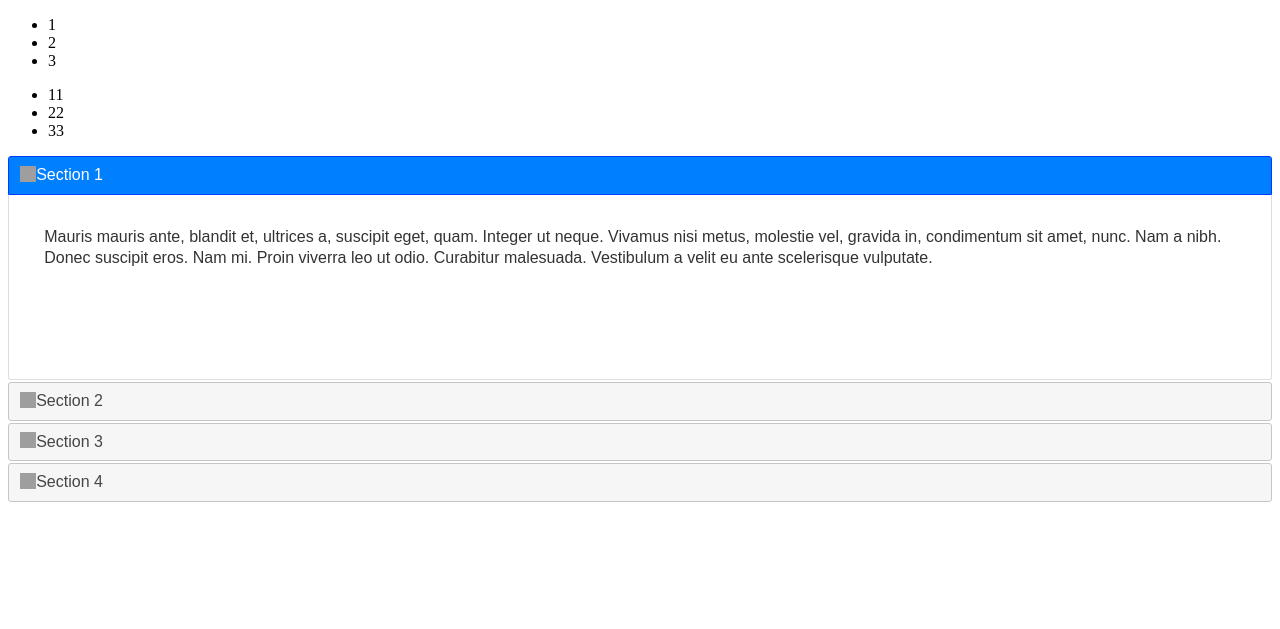
Repository: jwsimhj97/jwork_n
Page: JSPProject/WebContent/03-08/accoExam.html
These files come from the project's save history. The page is drawn as it stood at one moment and after the next save; the edit follows.
The browser window is 1280 px wide. The pictures show the whole page.
Pictures or frames that could not be fetched are drawn as grey boxes.

Above is the page before, as saved 2022-03-08 08:55:20.

### JSPProject/WebContent/03-08/accoExam.html
<!doctype html>
<html lang="en">
<head>
  <meta charset="utf-8">
  <meta name="viewport" content="width=device-width, initial-scale=1">
  <title>jQuery UI Accordion - Collapse content</title>
  <link rel="stylesheet" href="https://code.jquery.com/ui/1.13.1/themes/base/jquery-ui.css">
  <script src="https://code.jquery.com/jquery-3.6.0.js"></script>
  <script src="https://code.jquery.com/ui/1.13.1/jquery-ui.js"></script>
  <script>
  $( function() {
    $( "#accordion" ).accordion({
      collapsible: true
    });
  } );
  </script>
</head>
<body>


<div>
	<ul>
		<li>1</li>
		<li>2</li>
		<li>3</li>
	</ul>
	<ul>
		<li>11</li>
		<li>22</li>
		<li>33</li>
	</ul>
</div>

<div id="accordion">
  <h3>Section 1</h3>
  <div>
    <p>Mauris mauris ante, blandit et, ultrices a, suscipit eget, quam. Integer ut neque. Vivamus nisi metus, molestie vel, gravida in, condimentum sit amet, nunc. Nam a nibh. Donec suscipit eros. Nam mi. Proin viverra leo ut odio. Curabitur malesuada. Vestibulum a velit eu ante scelerisque vulputate.</p>
  </div>
  <h3>Section 2</h3>
  <div>
    <p>Sed non urna. Donec et ante. Phasellus eu ligula. Vestibulum sit amet purus. Vivamus hendrerit, dolor at aliquet laoreet, mauris turpis porttitor velit, faucibus interdum tellus libero ac justo. Vivamus non quam. In suscipit faucibus urna. </p>
  </div>
  <h3>Section 3</h3>
  <div>
    <p>Nam enim risus, molestie et, porta ac, aliquam ac, risus. Quisque lobortis. Phasellus pellentesque purus in massa. Aenean in pede. Phasellus ac libero ac tellus pellentesque semper. Sed ac felis. Sed commodo, magna quis lacinia ornare, quam ante aliquam nisi, eu iaculis leo purus venenatis dui. </p>
    <ul>
      <li>List item one</li>
      <li>List item two</li>
      <li>List item three</li>
    </ul>
  </div>
  <h3>Section 4</h3>
  <div>
    <p>Cras dictum. Pellentesque habitant morbi tristique senectus et netus et malesuada fames ac turpis egestas. Vestibulum ante ipsum primis in faucibus orci luctus et ultrices posuere cubilia Curae; Aenean lacinia mauris vel est. </p><p>Suspendisse eu nisl. Nullam ut libero. Integer dignissim consequat lectus. Class aptent taciti sociosqu ad litora torquent per conubia nostra, per inceptos himenaeos. </p>
  </div>
</div>


</body>
</html>

After the next save:
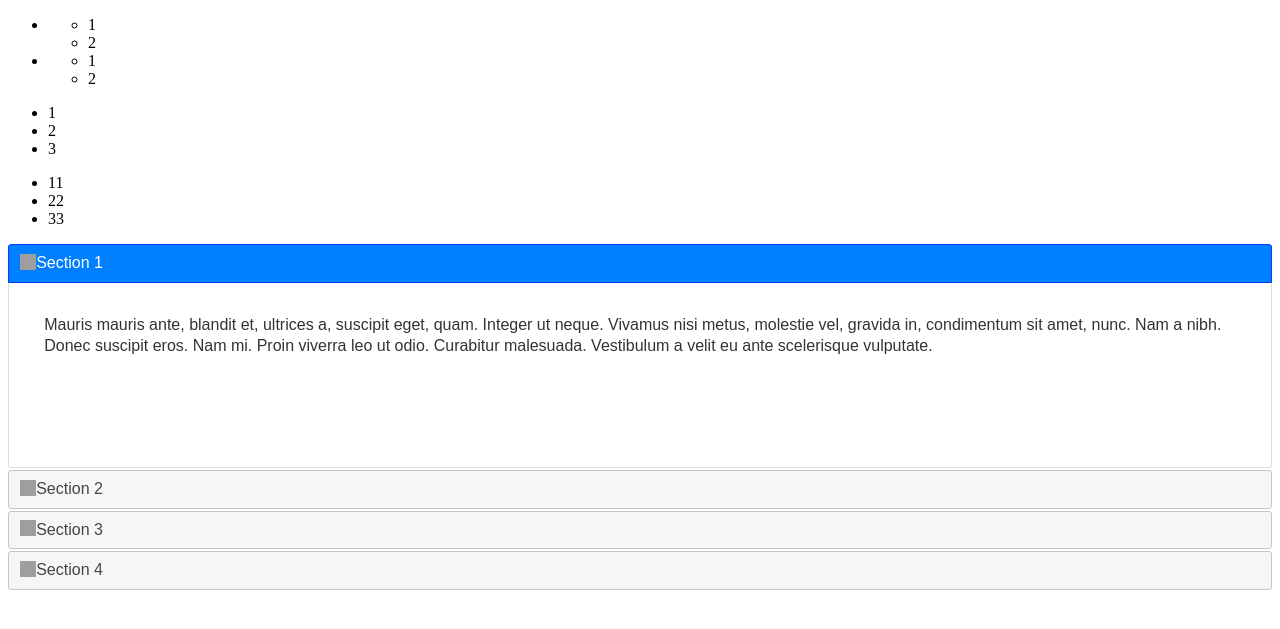
Saved 2 min 13 s later.
--- a/JSPProject/WebContent/03-08/accoExam.html
+++ b/JSPProject/WebContent/03-08/accoExam.html
@@ -16,6 +16,23 @@
   </script>
 </head>
 <body>
+
+<div>
+	<ul>
+		<li>
+			<ul>
+				<li>1</li>
+				<li>2</li>
+			</ul>
+		</li>
+		<li>
+			<ul>
+				<li>1</li>
+				<li>2</li>
+			</ul>
+		</li>
+	</ul>
+</div>
 
 
 <div>
